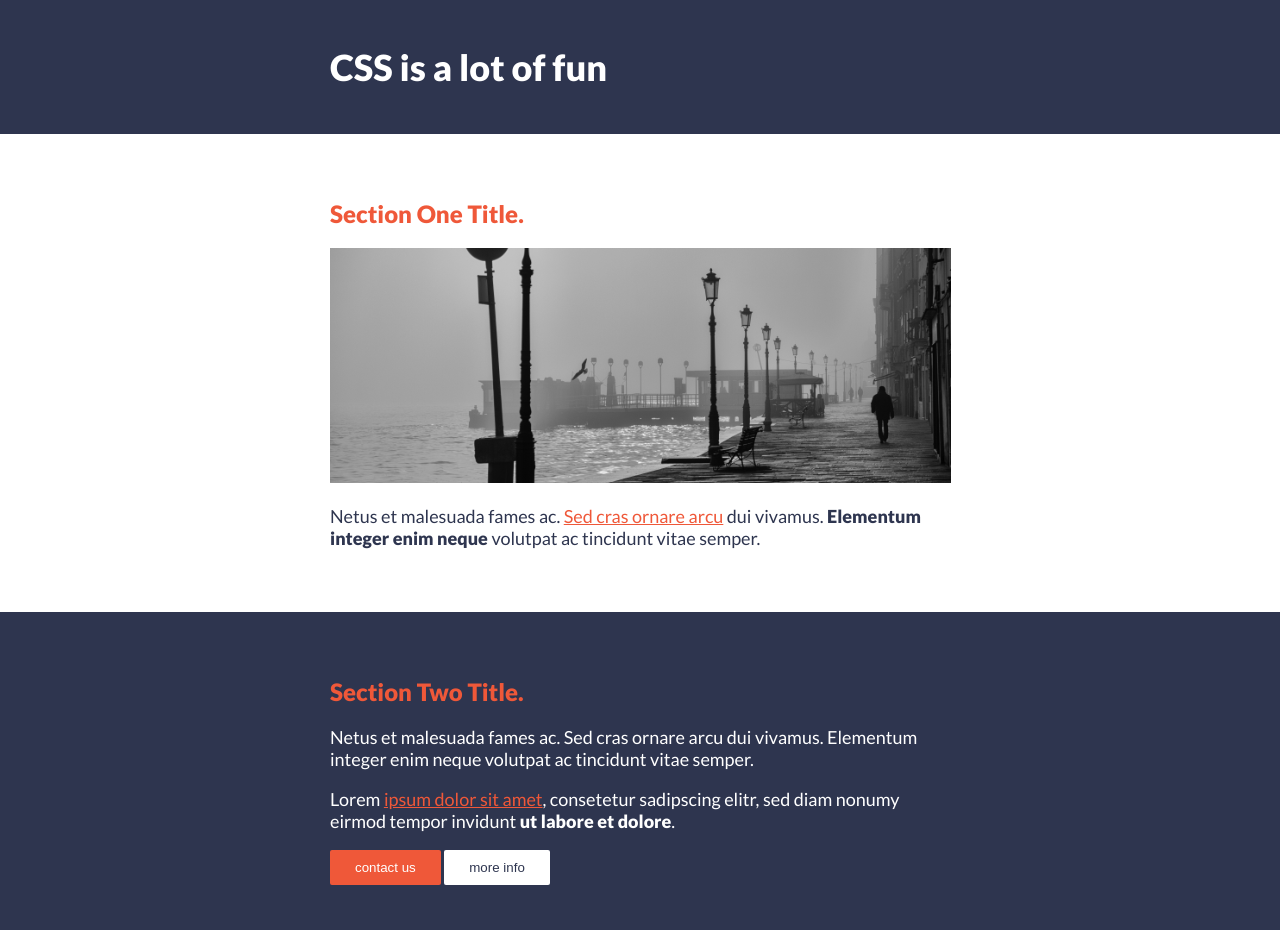
Repository: Doumham-Armah/sample-landing-page
Page: index.html
An editor plug-in stored every save of this project. The page is shown before and after the next save, followed by the edit.
The browser window is 1280 px wide. The pictures show the whole page.

Above is the page before, as saved 2021-08-16 14:19:32.

### index.html
<!DOCTYPE html>
<html lang="en">
  <head>
    <meta charset="UTF-8" />
    <meta http-equiv="X-UA-Compatible" content="IE=edge" />
    <meta name="viewport" content="width=device-width, initial-scale=1.0" />
    <title>Document</title>
    <link rel="preconnect" href="https://fonts.googleapis.com" />
    <link rel="preconnect" href="https://fonts.gstatic.com" crossorigin />
    <link rel="preconnect" href="https://fonts.googleapis.com" />
    <link rel="preconnect" href="https://fonts.gstatic.com" crossorigin />
    <link
      href="https://fonts.googleapis.com/css2?family=Lato:wght@400;900&display=swap"
      rel="stylesheet"
    />
    <link href="./style.css" rel="stylesheet" />
  </head>

  <body>
    <header>
      <div class="container">
        <h1>CSS is a lot of fun</h1>
      </div>
    </header>

    <section class="section-one">
      <div class="container">
        <h2>Section One Title.</h2>
        <img src="./images/boardwalk.png" alt="boardwalk image" />
        <p>
          Netus et malesuada fames ac. <a href="#">Sed cras ornare arcu</a> dui
          vivamus. <strong>Elementum integer enim neque</strong> volutpat ac
          tincidunt vitae semper.
        </p>
      </div>
    </section>

    <section class="section-two">
      <div class="container">
        <h2>Section Two Title.</h2>
        <p>
          Netus et malesuada fames ac. Sed cras ornare arcu dui vivamus.
          Elementum integer enim neque volutpat ac tincidunt vitae semper.
        </p>
        <p>
          Lorem <a href="#">ipsum dolor sit amet</a>, consetetur sadipscing
          elitr, sed diam nonumy eirmod tempor invidunt
          <strong>ut labore et dolore</strong>.
        </p>
        <button class="btn btn-accent">contact us</button>
        <button class="btn btn-white">more info</button>
      </div>
    </section>
  </body>
</html>

### style.css
body {
  margin: 0;
  font-size: 18px;
  font-family: "Lato", sans-serif;
  color: #2e354f;
}

h1,
h2,
strong {
  font-weight: 900;
}

/* Typography */

h1 {
  font-size: 36px;
  margin: 0;
}

h2 {
  font-size: 24px;
  color: #ef5839;
}

a {
  color: #ef5839;
}

a:hover,
a:focus {
  color: #d4b44c;
}

/* Buttons */

.btn {
  padding: 10px 25px;
  border: none;
  border-radius: 2px;
}

.btn-accent {
  background: #ef5839;
  color: #fff;
}

.btn-accent:hover {
  color: #2e354f;
  background: #d4b44c;
}

.btn-white {
  background: #fff;
  color: #2e354f;
}

.btn-white:hover {
  color: #2e354f;
  background: #999;
}

/* Layout */

header {
  background: #2e354f;
  padding: 45px 0;
  color: #fff;
}

section {
  padding: 45px 0;
}

.container {
  width: 620px;
  margin: 0 auto;
  /* border: 2px solid magenta; */
}

.section-two {
  background: #2e354f;
  color: #fff;
}

After the next save:
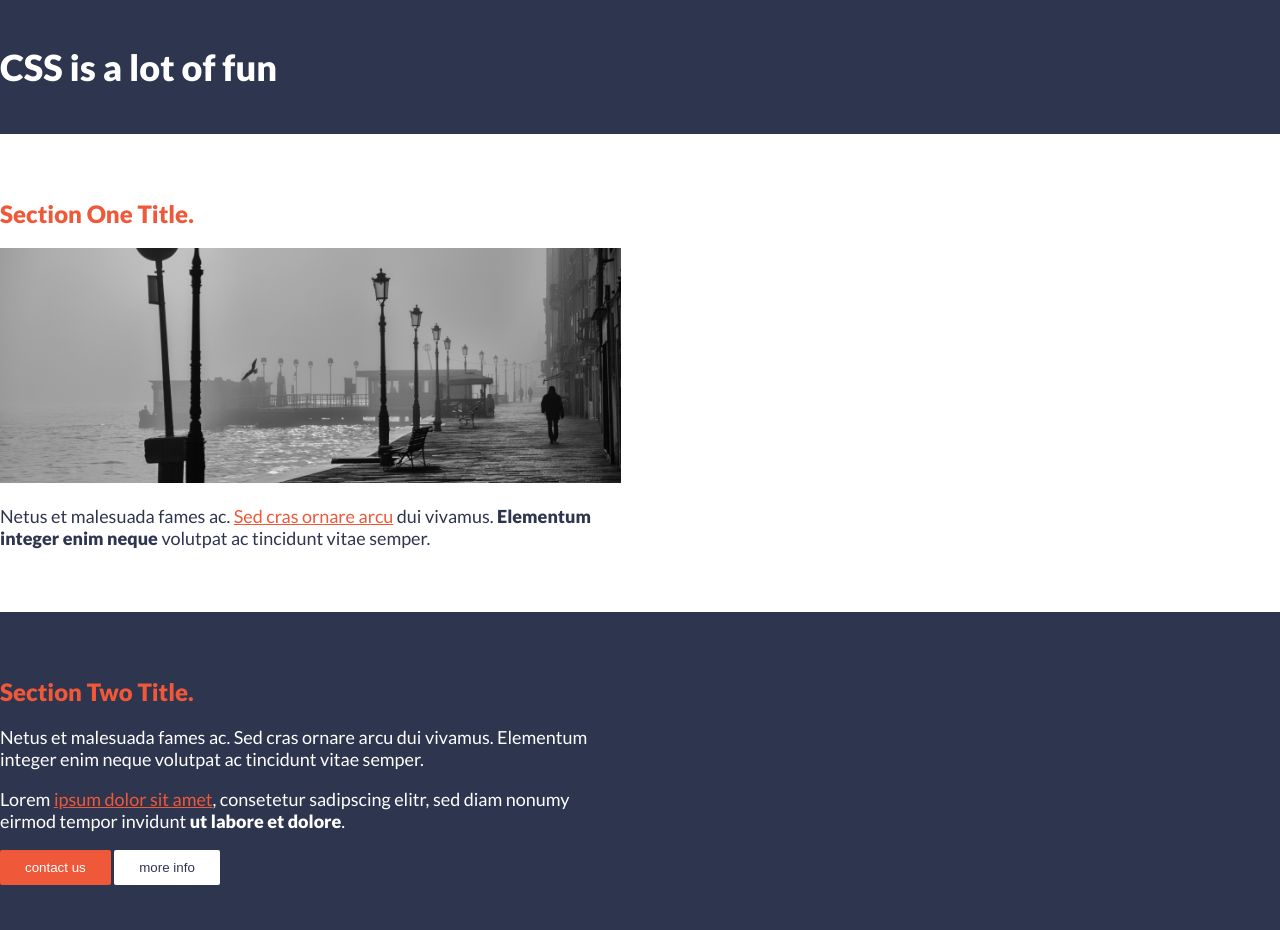
Saved 19 s later.
--- a/style.css
+++ b/style.css
@@ -74,7 +74,7 @@
 
 .container {
   width: 620px;
-  margin: 0 auto;
+  /* margin: 0 auto; */
   /* border: 2px solid magenta; */
 }
 

After the save that followed:
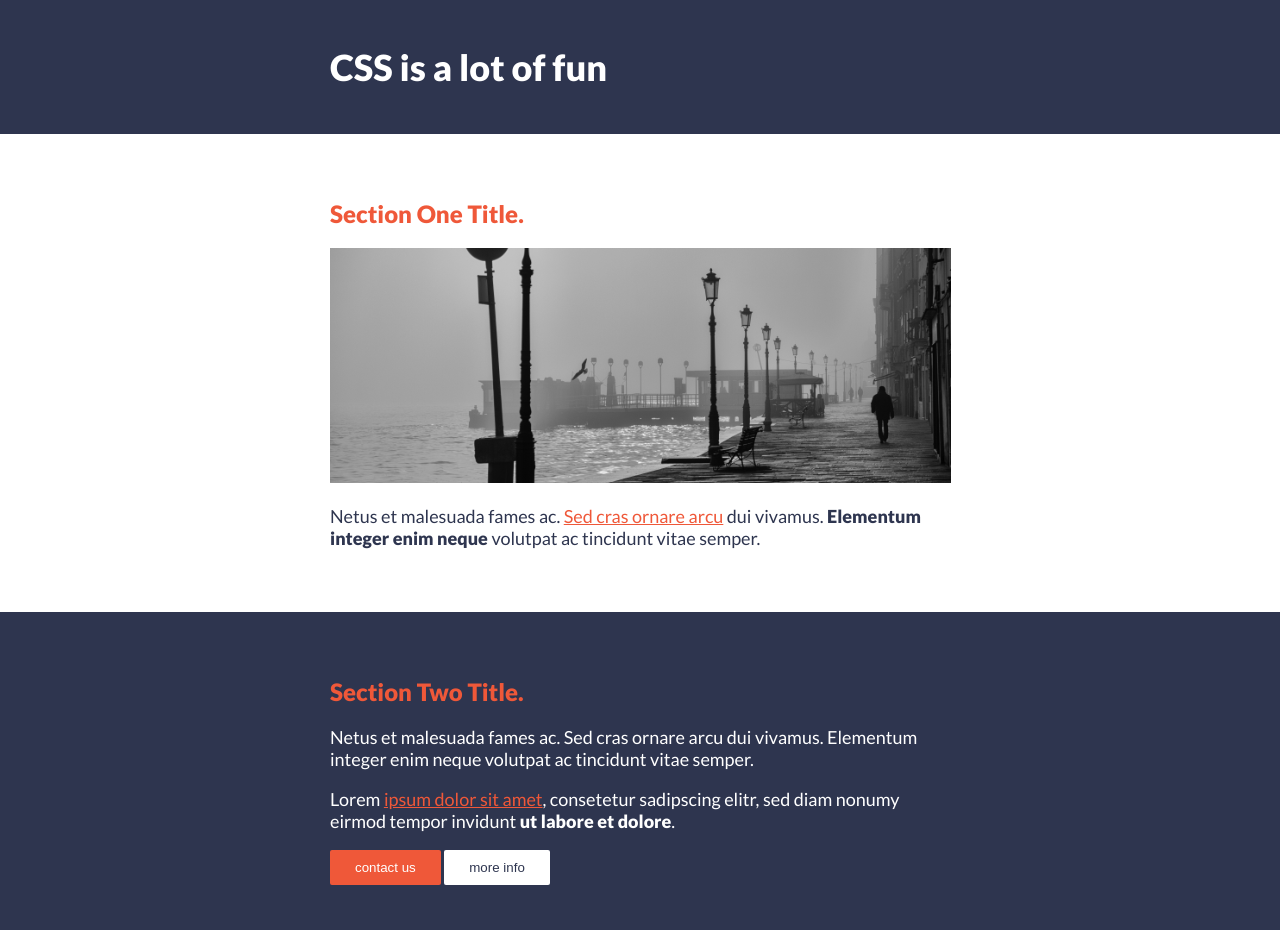
Saved 6 s later.
--- a/style.css
+++ b/style.css
@@ -74,7 +74,7 @@
 
 .container {
   width: 620px;
-  /* margin: 0 auto; */
+  margin: 0 auto;
   /* border: 2px solid magenta; */
 }
 
